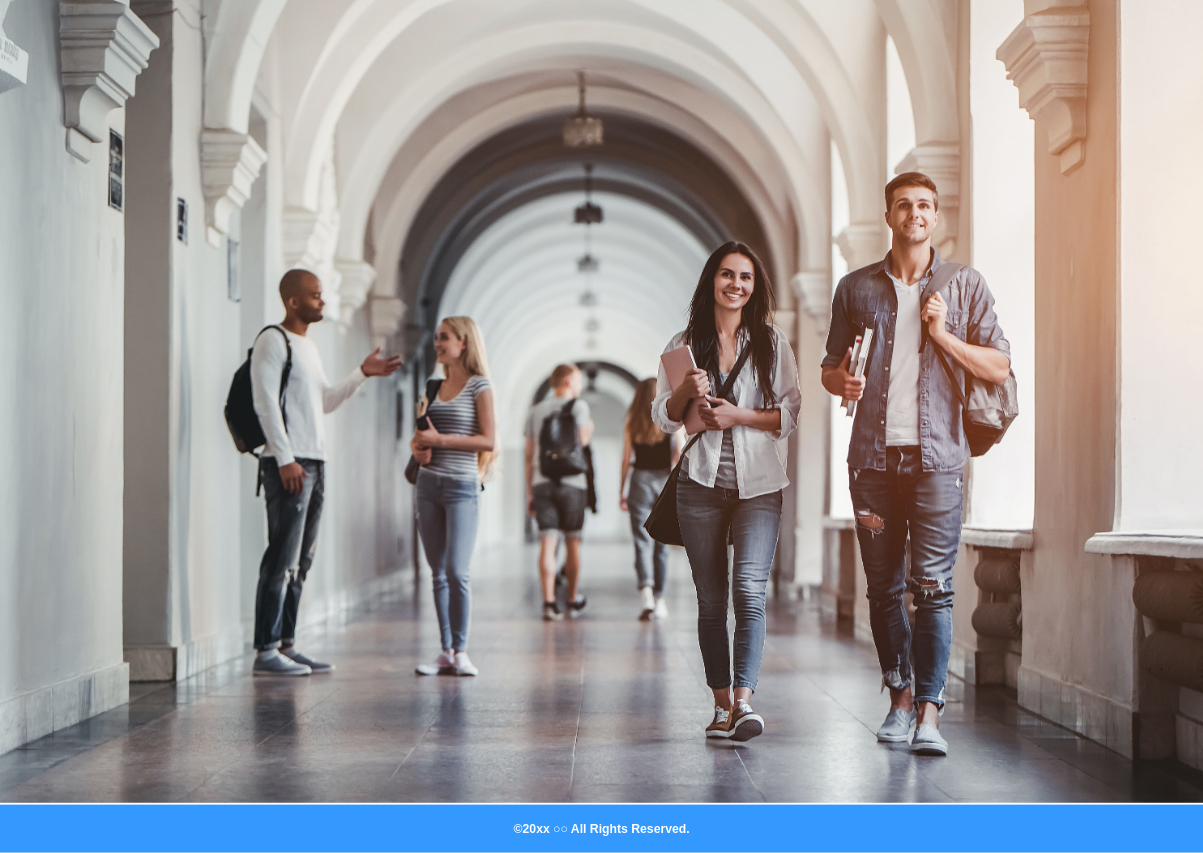
Repository: mogmogpasta/samurai_HTML-CSS
Page: home.html
The author's editor kept a record of every edit. The page is drawn from the files as they stood at one moment, then again after the next edit.
The browser window is 1280 px wide. The pictures show the whole page, at 94% of full size.

Above is the page before.

After the next edit:
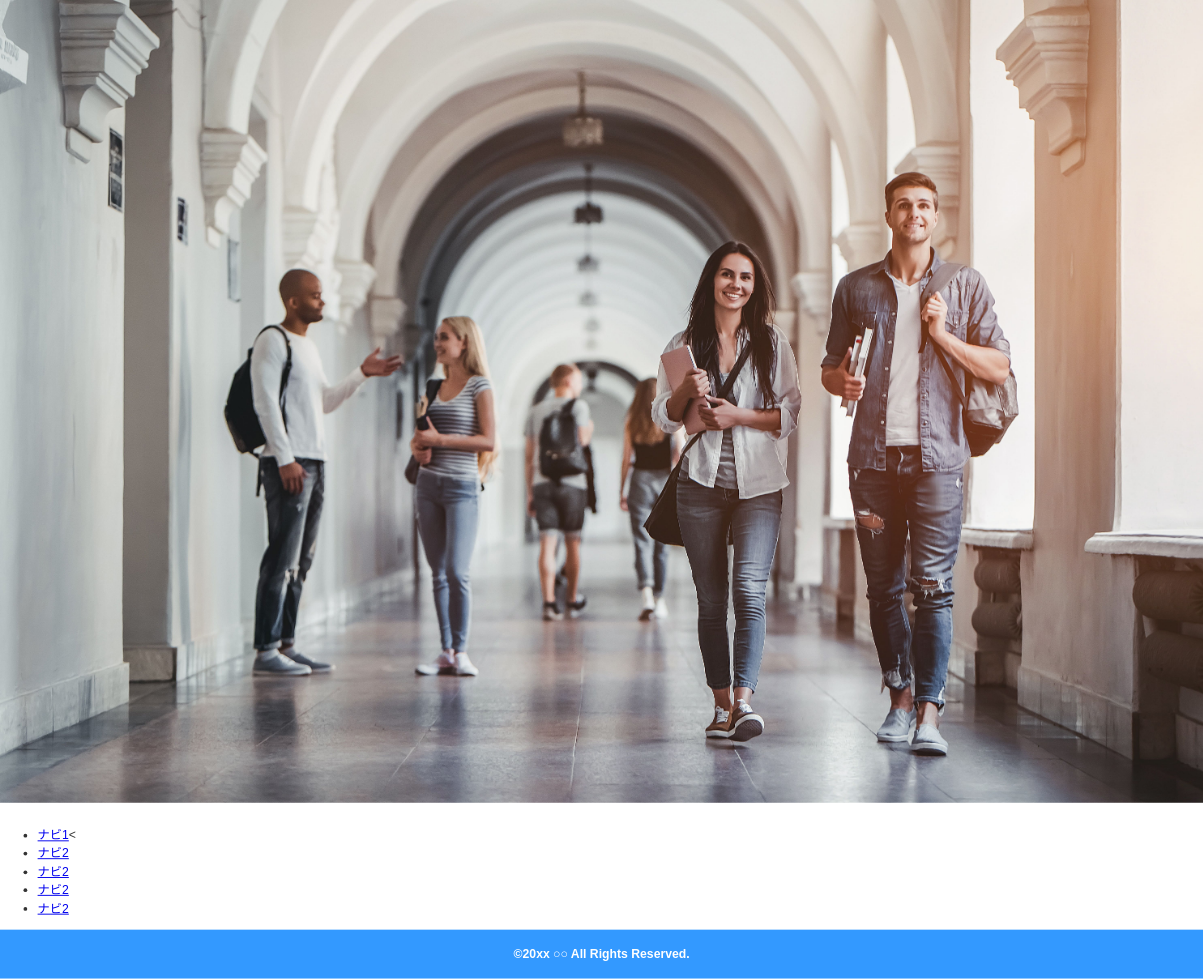
The edit:
--- a/home.html
+++ b/home.html
@@ -10,6 +10,17 @@
             <h1><a href="index.html"><img id="corridor" src="images/corridor.jpg" alt="大学の廊下" /></a></h1>
        </div>
         <div id="wrapper">
+             <div id="nav">
+                 <ul>
+                     <li><a href="home.html">ナビ1</a><</li>
+                     <li><a href="#">ナビ2</a></li>
+                     <li><a href="#">ナビ2</a></li>
+                     <li><a href="#">ナビ2</a></li>
+                     <li><a href="#">ナビ2</a></li>
+                 </ul>
+
+
+
 
         </div>
         <div id="footer">
